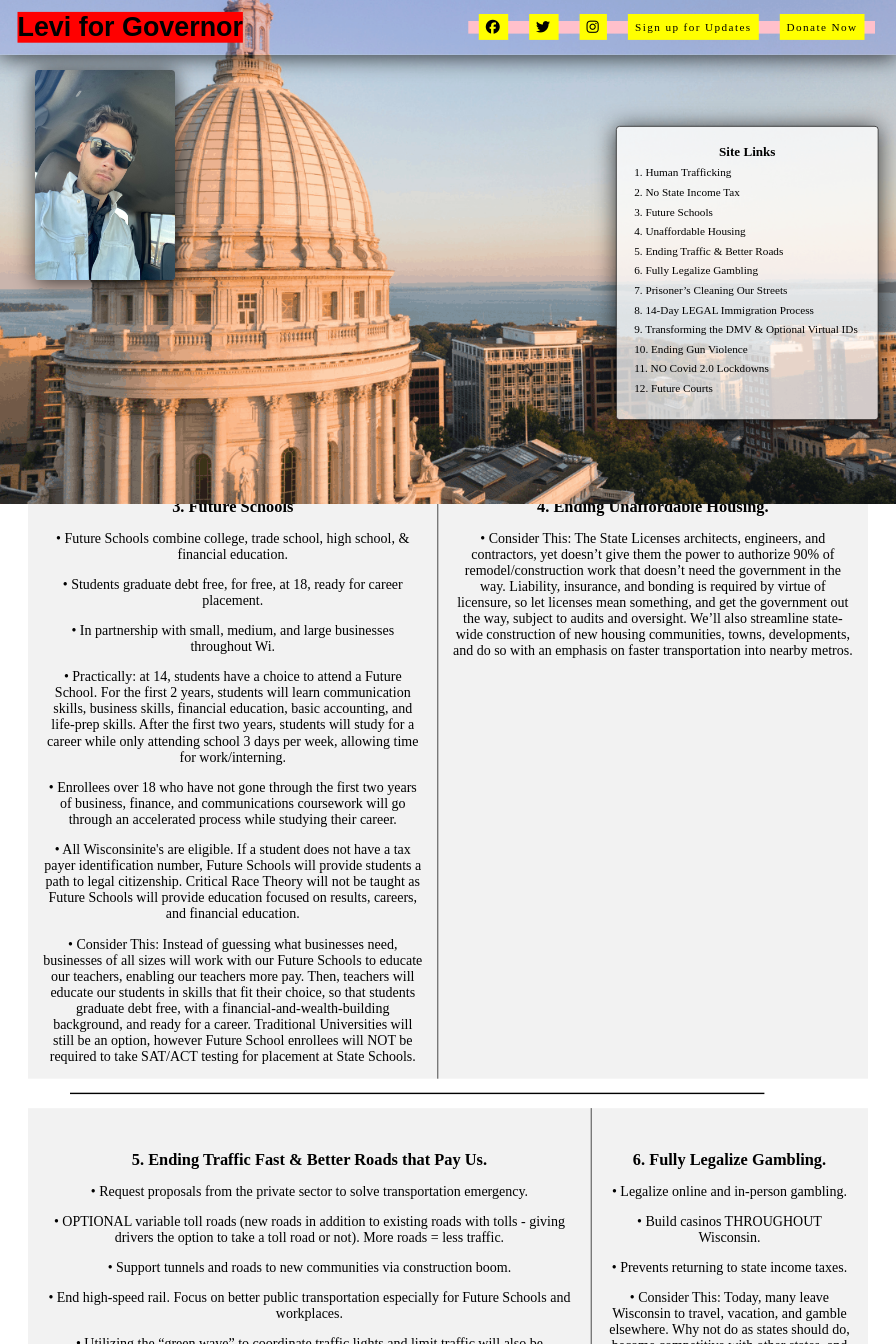
Repository: LeviCB/LeviCB.github.io
Page: index.html
The author's editor kept a record of every edit. The page is drawn from the files as they stood at one moment, then again after the next edit.
The browser window is 1280 px wide. The pictures show the part of the page from y = 0 to 1920 px (the page is 3981 px tall), at 70% of full size.
Some web fonts or font styles are not loaded; a fallback is used. Some web libraries are served in a nearby version.

Above is the page before.
Console error: SyntaxError: Identifier 'head' has already been declared

### index.html
<!DOCTYPE html>
<html>

<head id="head">

  <link type="text/css" rel="stylesheet" href="assets/css/style.css"/>
  <link type="text/css" rel="stylesheet" href="assets/css/body_style.css"/>

  <script src="https://use.fontawesome.com/95e29540f7.js"></script>
  <script src="https://kit.fontawesome.com/76e8df320e.js" crossorigin="anonymous"></script>
</head>

<body id="main">
  <div class="scrollTop" onclick="scrollToTop()"></div>
  <header id="header">
    <a href="" class="logo"><strong>Levi for Governor</strong></a>
    <ul id="list">
      <li><a href="#"><i class="fab fa-facebook fa-lg"></i></a></li>
      <li><a href="#"><i class="fab fa-twitter fa-lg"></i></a></li>
      <li><a href="#"><i class="fab fa-instagram fa-lg"></i></a></li>
      <li><a href="">Sign up for Updates</a></li>
      <li><a href="">Donate Now</a></li>
    </ul>
    </div>
  </header>
  <section class="banner" url="/assets/images/wisconsin_capital.png"></section>
  <div id="my-image">
    <img id="my-main-img" src="assets/images/main_image.JPG" alt="Main Image of Levi Borntreger">
  </div>
  <div id="hyper-links">
    <h3>Site Links</h3>
    <a href="#1. Human Trafficking">1. Human Trafficking</a>
    <a href="#2. No State Income Tax">2. No State Income Tax</a>
    <a href="#3. Future Schools">3. Future Schools</a>
    <a href="#4. Unaffordable Housing">4. Unaffordable Housing</a>
    <a href="#5. Ending Traffic & Better Roads">5. Ending Traffic & Better Roads</a>
    <a href="#6. Fully Legalize Gambling">6. Fully Legalize Gambling</a>
    <a href="#7. Prisoner’s Cleaning Our Streets">7. Prisoner’s Cleaning Our Streets</a>
    <a href="#8. 14-Day LEGAL Immigration Process">8. 14-Day LEGAL Immigration Process</a>
    <a href="#9. Transforming the DMV & Optional Virtual IDs">9. Transforming the DMV & Optional Virtual IDs</a>
    <a href="#10. Ending Gun Violence">10. Ending Gun Violence</a>
    <a href="#11. NO Covid 2.0 Lockdowns">11. NO Covid 2.0 Lockdowns</a>
    <a href="#12. Future Courts">12. Future Courts</a>
  </div>
  </div>
  <content>
    <div id="content-all">
      <div id="content-wrapper">
        <a name="1. Human Trafficking"></a>
        <a name="2. No State Income Tax"></a>
        <hr style="height: 2px; width: 80%; border: none; background-color: black;">
        <section id="content-text">
          <article id="content">
            <h3>1. Human Trafficking</h3>
            <p>I Promise to all of you that in my first 30 days in office to get a plan put together and in motion to stop human trafficking for good. There's absolutely no reason that today in our society, that any of this is going on, it's a disgrace to humanity.</p>
          </article>
          <hr style="width: 1px; border: none; background-color: black;">
          <article id="content">
            <h3>2. No State Income Tax on the first $200,000 of Income.</h3>
            <h5>Problem</h5>
            <p>Wisconsin's taxes are too high and too much goes to wasteful spending. This leads people to leave Wisconsin to pay lower or no taxes elsewhere and leads to fewer supporters of our Wisconsin businesses.</p>
            <h5>Solution</h5>
            <p> • Removes the Wi State Income Tax on the first $250,000 earned.</p>
            <p>• No Wisconsin tax return required.</p>
            <p>• An approximately 5% flat tax on incomes over $200,000.</p>
            <p>• An INSTANT pay raise for all workers and investors.</p>
            <p>• Funded by streamlining / reducing regulation and red tape throughout Wisconsin. Additionally: legalizing Gambling, Massive Growth, Future School consolidation, & Ending OVERPAYING for services. Private sector can build tunnels at $10 million per mile. ALL Wi projects, in the future, will have 100% public transparency, where we publicly & transparently weigh quality and cost. This ends crony capitalism (backroom deals) and corruption.</p>
          </article>
        </section>
        <a name="3. Future Schools"></a>
        <a name="4. Unaffordable Housing"></a>
        <hr style="height: 2px; width: 80%; border: none; background-color: black;">
        <section id="content-text">
          <article id="content">
            <h3>3. Future Schools</h3>
            <p>• Future Schools combine college, trade school, high school, & financial education.</p>
            <p>• Students graduate debt free, for free, at 18, ready for career placement.</p>
            <p>• In partnership with small, medium, and large businesses throughout Wi.</p>
            <p>• Practically: at 14, students have a choice to attend a Future School. For the first 2 years, students will learn communication skills, business skills, financial education, basic accounting, and life-prep skills. After the first two years, students will study for a career while only attending school 3 days per week, allowing time for work/interning.</p>
            <p>• Enrollees over 18 who have not gone through the first two years of business, finance, and communications coursework will go through an accelerated process while studying their career.</p>
            <p> • All Wisconsinite's are eligible. If a student does not have a tax payer identification number, Future Schools will provide students a path to legal citizenship. Critical Race Theory will not be taught as Future Schools will provide education focused on results, careers, and financial education.</p>
            <p>• Consider This: Instead of guessing what businesses need, businesses of all sizes will work with our Future Schools to educate our teachers, enabling our teachers more pay. Then, teachers will educate our students in skills that fit their choice, so that students graduate debt free, with a financial-and-wealth-building background, and ready for a career. Traditional Universities will still be an option, however Future School enrollees will NOT be required to take SAT/ACT testing for placement at State Schools.</p>
          </article>
          <hr style="width: 1px; border: none; background-color: black;">
          <article id="content">
            <h3>4. Ending Unaffordable Housing.</h3>
            <p>• Consider This: The State Licenses architects, engineers, and contractors, yet doesn’t give them the power to authorize 90% of remodel/construction work that doesn’t need the government in the way. Liability, insurance, and bonding is required by virtue of licensure, so let licenses mean something, and get the government out the way, subject to audits and oversight. We’ll also streamline state-wide construction of new housing communities, towns, developments, and do so with an emphasis on faster transportation into nearby metros.</p>
          </article>
        </section>
        <a name="5. Ending Traffic & Better Roads"></a>
        <a name="6. Fully Legalize Gambling"></a>
        <hr style="height: 2px; width: 80%; border: none; background-color: black;">
        <section id="content-text">
          <article id="content">
            <h3>5. Ending Traffic Fast & Better Roads that Pay Us.</h3>
            <p>• Request proposals from the private sector to solve transportation emergency.</p>
            <p>• OPTIONAL variable toll roads (new roads in addition to existing roads with tolls - giving drivers the option to take a toll road or not). More roads = less traffic.</p>
            <p>• Support tunnels and roads to new communities via construction boom.</p>
            <p>• End high-speed rail. Focus on better public transportation especially for Future Schools and workplaces.</p>
            <p>• Utilizing the “green wave” to coordinate traffic lights and limit traffic will also be implementing.</p>
            <p>• Consider This: The private sector is prepared to help solve Wisconsin’s transportation issues. The problem? The Governor is in the way. Cities and counties don’t want traffic; it hurts them. As Governor, Levi will request public proposals from private companies who will compete against each other for opportunities to fix our transportation nightmare. This might include logical changes to speed limits, lane efficiency, and enhancements to our building processes that enable faster solutions, such as multiple private partnerships providing tunnels throughout the same, where traffic is worst.</p>
          </article>
          <hr style="width: 1px; border: none; background-color: black;">
          <article id="content">
            <h3>6. Fully Legalize Gambling.</h3>
            <p>• Legalize online and in-person gambling.</p>
            <p>• Build casinos THROUGHOUT Wisconsin.</p>
            <p>• Prevents returning to state income taxes.</p>
            <p>• Consider This: Today, many leave Wisconsin to travel, vacation, and gamble elsewhere. Why not do as states should do, become competitive with other states, and provide Wisconsinites and Americans an opportunity to enjoy gambling IN Wisconsin. We welcome Everyone.</p>
          </article>
        </section>
        <a name="7. Prisoner’s Cleaning Our Streets"></a>
        <a name="8. 14-Day LEGAL Immigration Process"></a>
        <hr style="height: 2px; width: 80%; border: none; background-color: black;">
        <section id="content-text">
          <article id="content">
            <h3>7. Prisoner’s Cleaning Our Streets.</h3>
            <p>• Focus on community policing and reintegrating trust with law enforcement and communities.</p>
            <p>• Non-violent inmates in jails/prisons will work community service in neighborhoods they committed crimes in under group supervision. Selected, non-violent inmates who agree to clean our streets will be eligible to go stay at home with family, reducing jail costs, while being monitored to ensure attendance and fulfillment of sentence. Wisconsin has over 23,000 prisoner's and spends over $30,000 per prisoner per year on housing Prisoners. This is backwards. Prisoners should contribute to our society, society shouldn’t contribute to them.</p>
            <p>• Inmates will clean our streets, roads, towns/cities, and remove graffiti.</p>
            <p>• Option to attend Future Schools to prevent recidivism.</p>
            <p>• Focus on training, social support, and community, with a focus on growth. For example, restrictive alcohol enforcement on businesses cripples business.</p>
          </article>
          <hr style="width: 1px; border: none; background-color: black;">
          <article id="content">
            <h3>8. 14-Day LEGAL Immigration Process.</h3>
            <p>• Wisconsin will establish a process for fast-tracked LEGAL immigration. Our “illegal” immigration crisis is a result of a HORRIBLE, out-dated, and criminalizing immigration disaster. A 14-day legal immigration process helps us attract not just refugees, but also qualified immigrants who can support and contribute to our economy. Legal immigration does not cost Wisconsin jobs, it expands our economy and grows our revenues. Consider this: A CPA who moves to Wisconsin from Brazil, who agrees not to accept any social-welfare programs, needs a dentist, doctor, grocery store, taxi driver, retail stores, and more. For each person who legally immigrants to Wisconsin, we expect economic growth for 10+ Wisconsinite's.</p>
            <p>• Every mid to low income Immigrant will need to have a job lined up. They will get a temporary 2 year Citizenship and will have to attend a future school on the side to learn English etc. If they still have a job and no criminal activities they will be granted full Citizenship.</p>
            <p>Additionally and on Manufacturing:</p>
            <p>• Wisconsin will also partner with companies providing access to Future Schools.</p>
            <p>• This allows companies to train students prior to graduating Future Schools, making them career ready at 18.</p>
          </article>
        </section>
        <a name="9. Transforming the DMV & Optional Virtual IDs"></a>
        <a name="10. Ending Gun Violence"></a>
        <hr style="height: 2px; width: 80%; border: none; background-color: black;">
        <section id="content-text">
          <article id="content">
            <h3>9. Transforming the DMV & Optional Virtual IDs.</h3>
            <p>• Virtual IDs and Registrations w/ QR coded downloads. Virtual IDs would be OPTIONAL - so printed QR or full-versions would still be available on an OPT-IN basis (default being virtual, but for those desiring physical, the option would be available).</p>
            <p>• Privatizing license plates, driver tests, and vision tests.</p>
            <p>• Speed cameras & virtual tickets; less traffic stops via officer virtual traffic stops & ticketing.</p>
            <p>• Instant options to dispute or pay tickets via a new Wisconsin App.</p>
          </article>
          <hr style="width: 1px; border: none; background-color: black;">
          <article id="content">
            <h3>10. Ending Gun Violence.</h3>
            <p> • Wisconsin should focus less on restrictions for legal weapon owners, and instead focus more resources on weapon education, mental Health services, therapy access especially for those uninsured or underinsured, and teaching mental-wellness in our schools to prevent the stigmatization of mental-health illnesses in Wisconsin.</p>
            <p>• Those who are trained and background checked SHALL have more rights in Wisconsin. We’re moving towards MORE rights and freedoms in Wisconsin, not less.</p>
            <p>• Tiered licenses for individuals with weapons training.</p>
            <p>• Granting more privileges like concealed carry to more folks who are trained and background checked. This would be the first expansion of Gun Rights Wisconsin has seen in decades.</p>
          </article>
        </section>
        <a name="11. NO Covid 2.0 Lockdowns"></a>
        <a name="12. Future Courts"></a>
        <hr style="height: 2px; width: 80%; border: none; background-color: black;">
        <section id="content-text">
          <article id="content">
            <h3>11. NO Covid 2.0 Lockdowns.</h3>
            <h4>Covid:</h4>
            <p>Vaccines are a choice. Masks are a choice. Businesses shall have the right to remain OPEN — however, reasonable “HEPA-filtration” and ventilation requirements may be an option, but we will NOT have lockdowns again.</p>
          </article>
          <hr style="width: 1px; border: none; background-color: black;">
          <article id="content">
            <h3>12. Future Courts.</h3>
            <p>• Small claims limits raised to $100,000.</p>
            <p>• New Small Claims Advisor Counsel license taught at Future Schools.</p>
            <p>• Speeding up the legal system by investing in our courts.</p>
          </article>
        </section>
      </div>
    </div>
  </content>
<foot>
  <div id="foot">
    <div id="address">
      <h3>Levi for Governor</h3>
      <h3>1712 Prima Lago Ter</h3>
      <h3>Lakeland, FL. 33810</h3>
    </div>
    <div id="contact">
      <h4>Contact Me</h4>
      <h3>715-660-6693</h3>
      <H3>LeviForGovernor@gmail.com</h3>
    </div>
  </div>
</foot>
<script type="text/javascript" src="assets/js/main.js"></script>
<script>
  /*start of header magic*/
const head = document.querySelector("#header");

window.onscroll = function () {
  var top = window.scrollY;
  if (top >= 5) {
    head.classList.add("active");
  } else {
    head.classList.remove("active");
  }
};
/*end of header magic*/

/*start of navtext color change on scroll*/
window.addEventListener("scroll", function() {
        var header = document.querySelector("header");
        header.classList.toggle("sticky", window.scrollY> 0);
      });
/*end of navtext color change on scroll*/

/*start of scrollTop*/
window.addEventListener('scroll', function(){
    var scroll = document.querySelector('.scrollTop');
    scroll.classList.toggle("active" , window.scrollY > 500)
  })

  function scrollToTop(){
    window.scrollTo({
      top: 0,
      behavior: 'smooth'
    })
  }
/*end of scrollTop*/
</script>
</body>
<footer id="footer">
  <div id="copyright">
    <h4>Paid for and Approved by Levi Borntreger for Governor</h4>
    <h4>Copyright 2021 — Levi for Governor. All rights reserved.</h4>
  </div>
</footer>

</html>

### assets/css/style.css
@import url('https://fonts.googleapis.com/css?family=Hammersmith+One');

/*
$desktop: 1200px;
$laptop: 1024px;
$tablet: 768px;
$phone: 480px;
*/

@media only screen and (max-width:1024px) and (min-width: 768px) {
  body {
    background-color:;
  }
  #hyper-links {
    background-color: blue;
  }
  #content-text {
    flex-direction: column;
  }
  #content-wrapper {
    display: flex;
    column-gap: 40px;
    flex-direction: column;
    flex-wrap: wrap;
    width: 100%;
  }
}
@media only screen and (max-width:768px) and (min-width: 480px) {
  body {
    background-color: pink;
  }
  #hyper-links {
    background-color: blue;
    box-shadow: 0 3px 2rem rgba(0,0,0,.75);
    width: 375px;
    height: 500px;
    position: absolute;
    padding: 50px;
    display: flex;
    border: 1px black solid;
    flex-direction: column;
    z-index: 1;
    left: 0px;
    top: 0px;
    bottom: 0px;
    right: 0px;
    margin: auto;
    margin-top: 60px;
    margin-right: 25px;
    border-radius: 5px;
}
  #content-wrapper {
    font-size: 5px;
  }
}
@media only screen and (max-device-width:480px) and (min-width:200px) {
  body {
  }
  header {
    height: 100px !important;
  }
  header ul li a {
    font-size: 22px !important;
    margin: 0 15px;
    padding-top: 10px;
}
  #my-image {
    margin-top: 150px !important;
  }
  #hyper-links {
    font-size: 30px;
    min-width: 575px;
    min-height: 950px;
}
  #hyper-links h3 {
    padding: 15px !important;
}
  #hyper-links a {
    padding: 15px !important;
    font-weight: 500px !important;
}
  .scrollTop {
  bottom: 150px !important;
  right: 75px !important;
  width: 85px !important;
  height: 85px !important;
  background-size: 60px !important;
}
  #content-wrapper {
    font-size: 30px !important;
  }
}
* {
  margin: 0px;
  padding: 0px;
  box-sizing: border-box;
}

body {
  min-height: 100vh;
}
#my-main-img {
  width: 200px;
  height: 300px;
  border-radius: 5px;
  box-shadow: 0 3px 2rem rgba(0,0,0,.75);
}
#my-image {
  position: absolute;
  z-index: 1;
  left: 0px;
  top: 0px;
  bottom: 0px;
  right: 0px;
  margin-top: 100px;
  margin-left: 50px;
}

/*start nav section*/
header {
  position: fixed;
  background: rgba(0, 0, 255, 0.1);
  box-shadow: 0 3px 2rem rgba(0,0,0,.75);
  width: 100%;
  display: flex;
  height: 78px;
  top: 0px;
  left: 0px;
  align-items: center;
  justify-content: space-between;
  z-index: 10;
}
header.sticky {
  color: white;
}
header.active {
  background-color: rgba(0,0,100,1.00);
  transition: 1.0s;
  box-shadow: 0 3px 2rem rgba(0,0,0,.75);
  height: 4.0rem;
}
header .logo {
  background-color: red;
  position: relative;
  margin: 25px;
  font-size: 3vw;
  color: black;
  text-decoration: none;
  font-family: "Hammersmith One", sans-serif;
  transition: 0.6s;
}
header ul {
  background-color: pink;
  position: relative;
  display: flex;
  margin-right: 30px;
  justify-content: center;
  align-items: center;
}
header ul li {
  position: relative;
  list-style: none;
}
header ul li a {
  background-color: yellow;
  position: relative;
  margin: 0 15px;
  padding: 10px;
  text-decoration: none;
  color: black;
  letter-spacing: 2px;
  font-weight: 500px;
  transition: 0.6s;
}
header.sticky .logo,
header.sticky ul li a {
  color: white;
}
header.sticky ul li a:hover {
  background: rgba(0,0,145,1.00);
  border: 1.5px white solid;
  padding: 10px;
  border-radius: 10px;
}
header ul li a:hover {
  background: rgba(0,0,100,1.00);
  color: white;
  padding: 10px;
  border-radius: 10px;
}
/*end nav section*/
.scrollTop {
  position: fixed;
  bottom: 800px;
  right: 40px;
  width: 60px;
  height: 60px;
  background: #fff url(/assets/images/arrow-up-blue.jpg);
  border-radius: 50%;
  background-size: 40px;
  background-position: center;
  background-repeat: no-repeat;
  cursor: pointer;
  z-index: 10000;
  visibilty: hidden;
  opacity: 0;
  transition: 0.5s;
}
.scrollTop.active {
  visibilty: visibilty;
  opacity: 1;
  bottom: 40px;
  border: 1px black solid;
}
#hyper-links {
  background-color: rgba(255, 255, 255, .75);
  box-shadow: 0 3px 2rem rgba(0,0,0,.75);
  width: 375px;
  max-height: 420px;
  position: absolute;
  padding: 20px;
  display: flex;
  border: 1px black solid;
  flex-direction: column;
  z-index: 1;
  left: 0px;
  top: 60px;
  bottom: 0px;
  right: 0px;
  margin: auto;
  margin-top: px;
  margin-right: 25px;
  border-radius: 5px;
}
#hyper-links h3 {
  padding: 5px;
  margin: 0px;
  text-align: center;
}
#hyper-links a {
  color: black;
  padding: 5px;
  text-decoration: none;
}
#hyper-links a:hover {
  color: white;
  border: 1px solid black;
  background-color: rgba(0, 0, 0, .50);
}
#content h3 {
  color: black;
  padding-top: 60px;
}
#content-all {
  margin: 0px;
  padding: 20px;
}
#content-wrapper {
  font-size: 20px;
  display: flex;
  column-gap: 40px;
  flex-direction: row;
  flex-wrap: wrap;
  width: 100%;
}
#content-text {
  padding: 20px;
  display: flex;
}
#content {
  background-color: rgba(0, 0, 0, .05);
  padding: 0px 20px 20px 20px;
  text-align: center;
}
#content p {
  padding-top: 20px;
}

#foot {
  background-color: rgba(0,0,100,1.00);
  box-shadow: 0 3px 2rem rgba(0,0,0,.75);
  display: flex;
  margin: 0px;
  padding: 0px;
  height: 150px;
  width: 100%;
  justify-content: space-around;
}
#foot #address {
  margin-top: 30px;
}
#foot #address H3{
  color: white;
  padding: 5px;
}
#foot #contact {
  margin-top: 30px;
}
#foot #contact H4,
#foot #contact H3{
  color: white;
  padding: 5px;
}
#footer {
  margin: 0px;
  padding: 0px;
  height: 75px;
  display: flex;
  background-color: rgba(0,0,100,1.00);
  border-top: 2px black solid;
  justify-content: center;
}
#footer #copyright {
}
#footer #copyright h4 {
  color: white;
  margin-top: 15px;
}

### assets/css/body_style.css
.banner {
  position: fixed;
  width: 100%;
  height: 100vh;
  background-image: url("/assets/images/wisconsin_capital.png");
  background-size: cover;
}

### assets/js/main.js
/*start of header magic*/
const head = document.querySelector("#header");

window.onscroll = function () {
  var top = window.scrollY;
  if (top >= 5) {
    head.classList.add("active");
  } else {
    head.classList.remove("active");
  }
};
/*end of header magic*/

/*start of navtext color change on scroll*/
window.addEventListener("scroll", function() {
        var header = document.querySelector("header");
        header.classList.toggle("sticky", window.scrollY> 0);
      });
/*end of navtext color change on scroll*/

/*start of scrollTop*/
window.addEventListener('scroll', function(){
    var scroll = document.querySelector('.scrollTop');
    scroll.classList.toggle("active" , window.scrollY > 500)
  })

  function scrollToTop(){
    window.scrollTo({
      top: 0,
      behavior: 'smooth'
    })
  }
/*end of scrollTop*/

After the next edit:
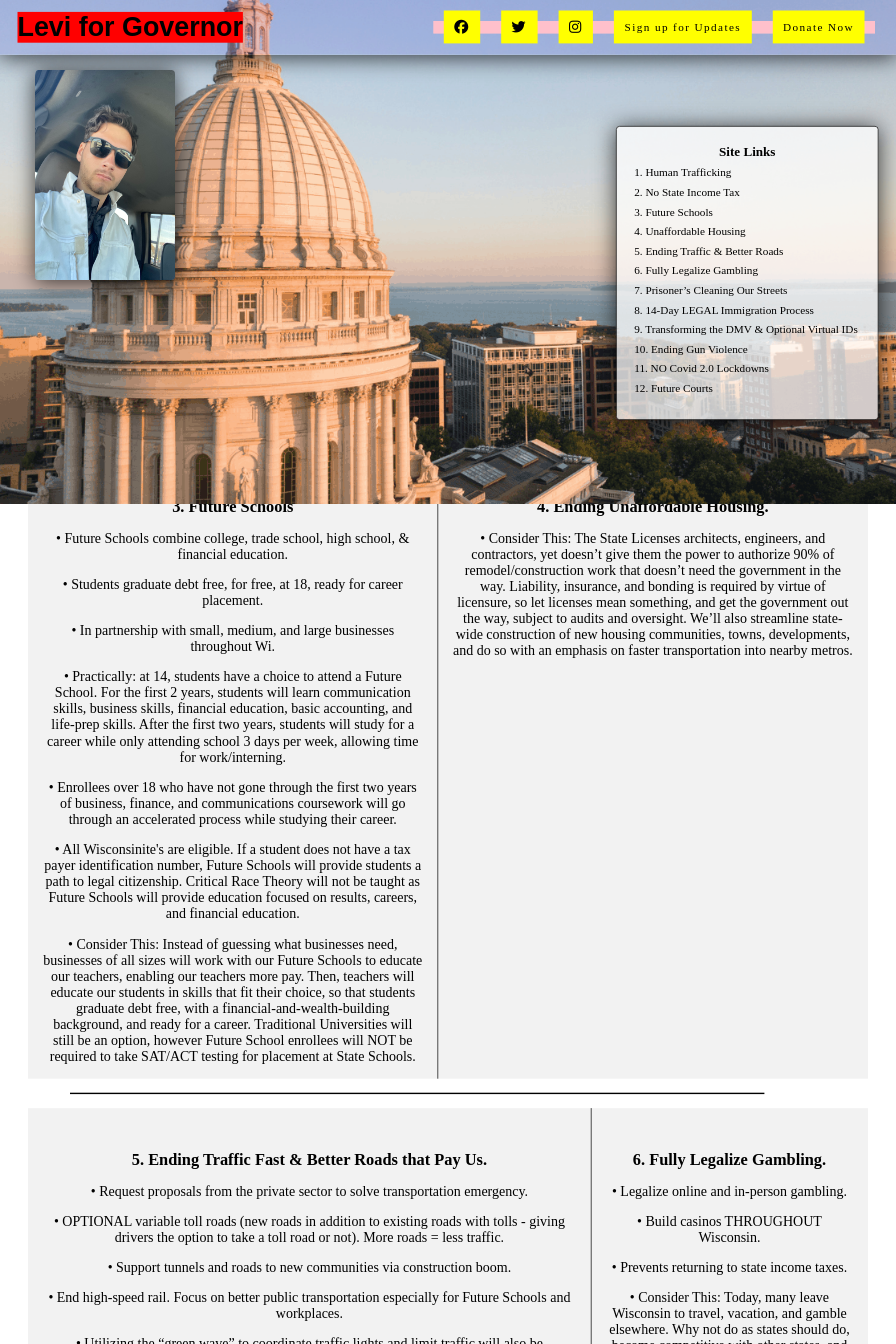
The edit:
--- a/assets/css/style.css
+++ b/assets/css/style.css
@@ -165,7 +165,7 @@
   background-color: yellow;
   position: relative;
   margin: 0 15px;
-  padding: 10px;
+  padding: 15px;
   text-decoration: none;
   color: black;
   letter-spacing: 2px;
